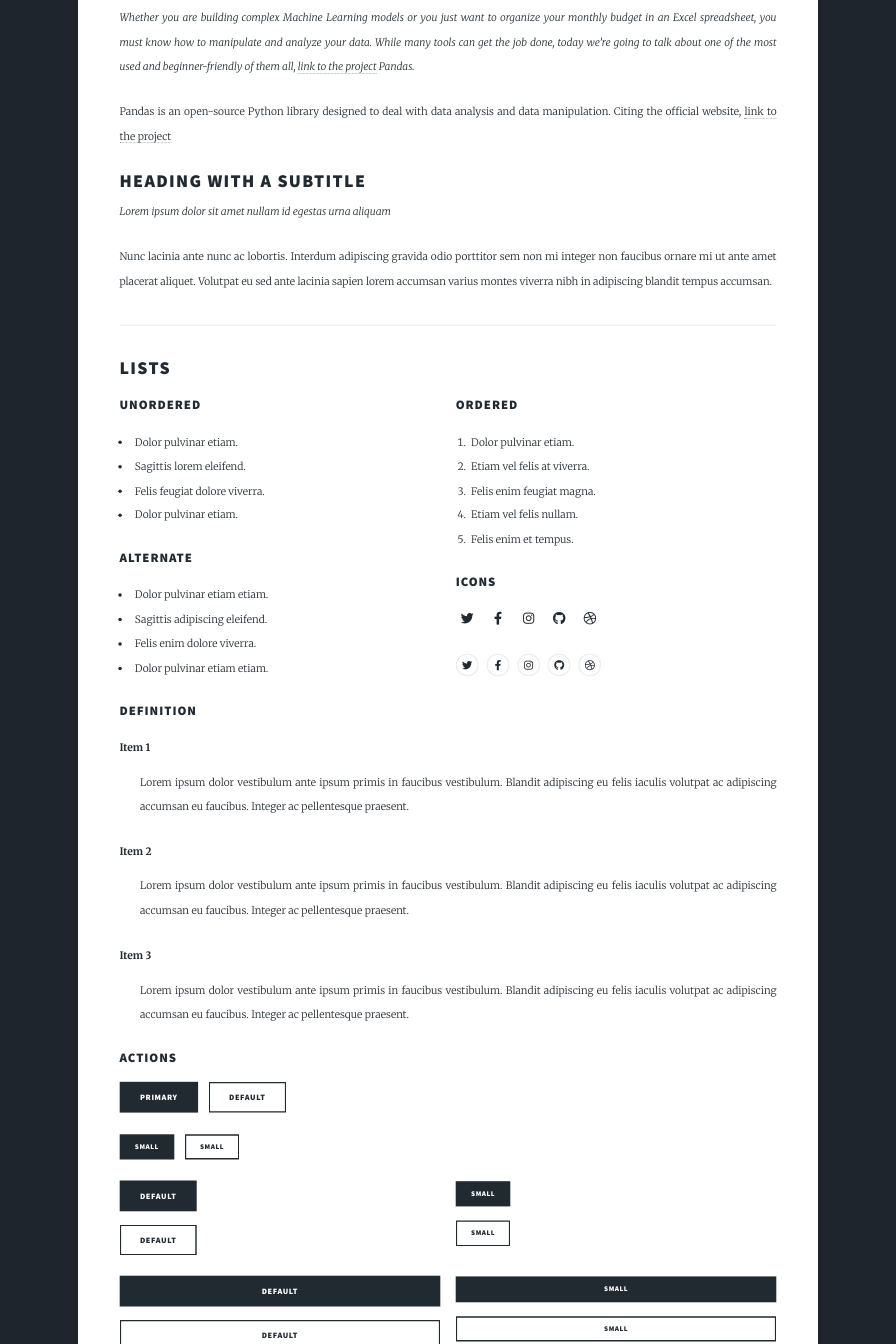
Repository: enlilsudo/Orlando-Portfolio
Page: elements.html
An editor plug-in stored every save of this project. The page is shown before and after the next save, followed by the edit.
The browser window is 1280 px wide. The pictures show the part of the page from y = 2208 to 4128 px (the page is 10494 px tall before and 10668 px after), at 70% of full size.

Above is the page before, as saved 2023-02-19 14:31:58.

After the next save:
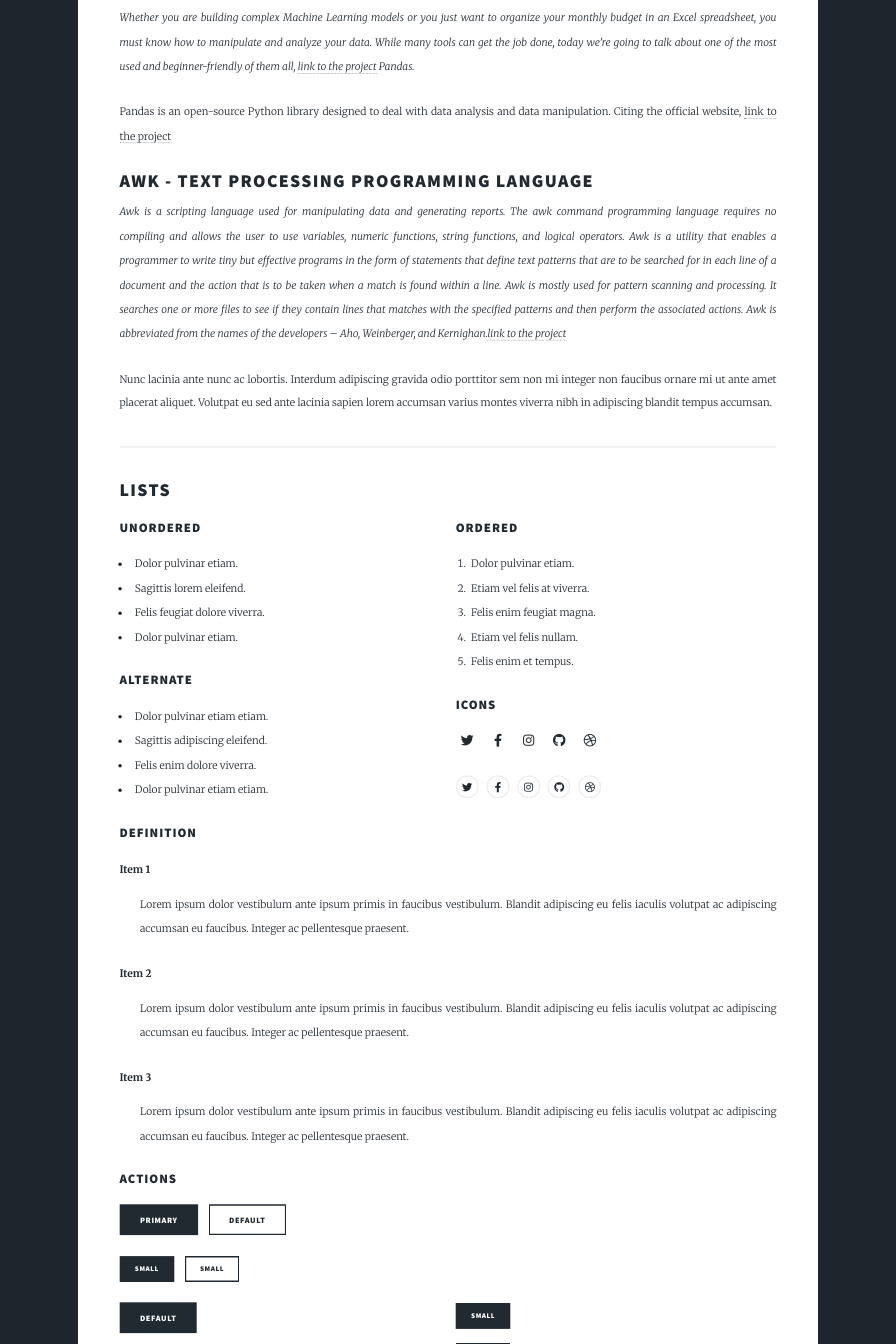
Saved 5 min 41 s later.
--- a/elements.html
+++ b/elements.html
@@ -98,8 +98,11 @@
 
 									</p>
 									<header>
-										<h2>Heading with a Subtitle</h2>
-										<p>Lorem ipsum dolor sit amet nullam id egestas urna aliquam</p>
+										<h2>AWK - Text Processing Programming Language</h2>
+										<p>Awk is a scripting language used for manipulating data and generating reports. The awk command programming language requires no compiling and allows the user to use variables, numeric functions, string functions, and logical operators.
+											Awk is a utility that enables a programmer to write tiny but effective programs in the form of statements that define text patterns that are to be searched for in each line of a document and the action that is to be taken when a match is found within a line.
+											Awk is mostly used for pattern scanning and processing. It searches one or more files to see if they contain lines that matches with the specified patterns and then perform the associated actions.
+											Awk is abbreviated from the names of the developers – Aho, Weinberger, and Kernighan.<a href="https://www.tutorialspoint.com/awk/index.htm">link to the project</a> </p>
 									</header>
 									<p>Nunc lacinia ante nunc ac lobortis. Interdum adipiscing gravida odio porttitor sem non mi integer non faucibus ornare mi ut ante amet placerat aliquet. Volutpat eu sed ante lacinia sapien lorem accumsan varius montes viverra nibh in adipiscing blandit tempus accumsan.</p>
 
